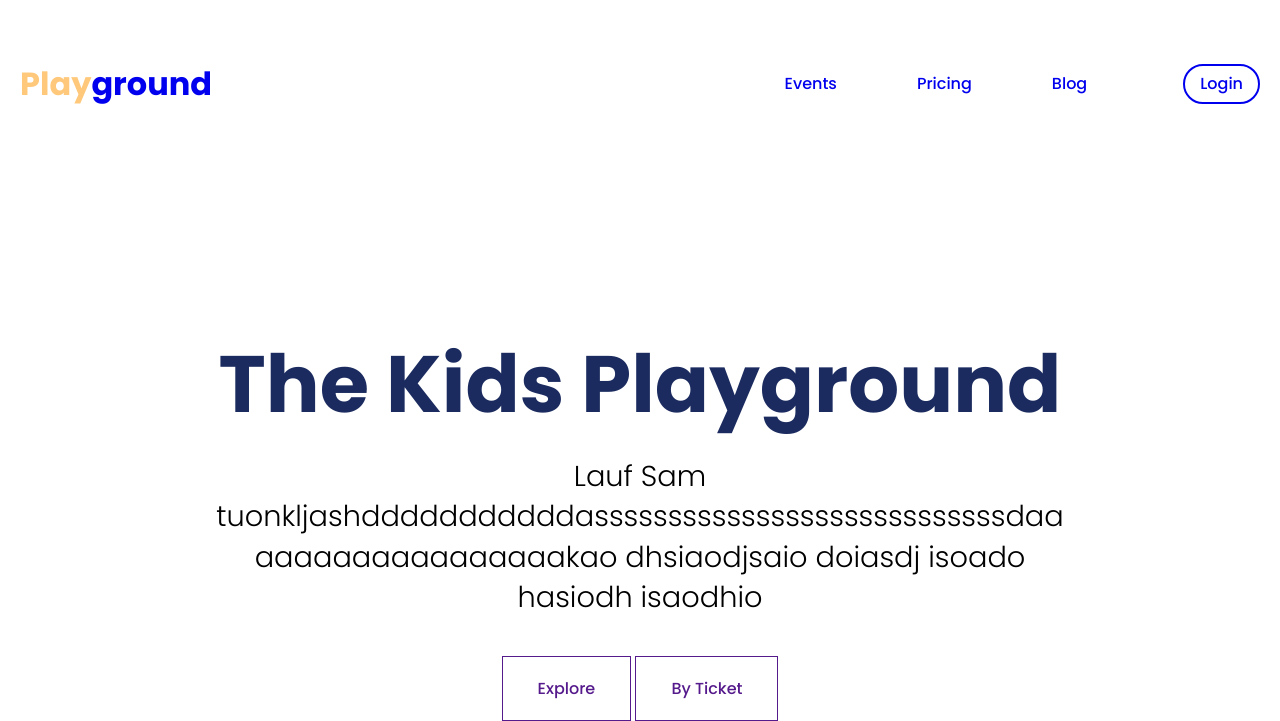
Repository: lausamtuong/Cut-psd-to-html
Page: index.html
These files come from the project's save history. The page is drawn as it stood at one moment and after a run of saves; the edit follows.
The browser window is 1280 px wide. The pictures show the whole page.
The style sheet was rebuilt from its Sass, Less or Tailwind sources for each picture, by a compiler version that may differ from the author's.

Above is the page before, as saved 2021-12-06 15:50:12.

### index.html
<!DOCTYPE html>
<html lang="en">
<head>
    <meta charset="UTF-8">
    <meta http-equiv="X-UA-Compatible" content="IE=edge">
    <meta name="viewport" content="width=device-width, initial-scale=1.0">

    <title>Document</title>
    <link rel="stylesheet" href="style.css">
    <link rel="stylesheet" href="reset.css">
    <link href="https://fonts.googleapis.com/css2?family=Lato:ital,wght@1,700;1,900&family=Poppins:wght@300;500;700&display=swap" rel="stylesheet">

</head>
<body>
    <div class="wrapper">
        <header class="header">
            <div class="container header__iner">
                <a href="index.html" class="logo">
                    <span class="logo__text">Play</span>ground
                </a>
                <nav class="header__menu">
                    <ul class="header__menu-list">
                        <li class="header__menu-item">
                            <a href="#" class="header__menu-link">Events</a>
                        </li>
                        <li class="header__menu-item">
                            <a href="#" class="header__menu-link">Pricing</a>
                        </li>
                        <li class="header__menu-item">
                            <a href="#" class="header__menu-link">Blog</a>
                        </li>
                        <li class="header__menu-item">
                            <a href="#" class="header__menu-link header__menu-login">Login</a>
                        </li>
                    </ul>
                </nav>
            </div>
        </header>
        <section class="banner">
            <div class="container">
                <h1 class="banner__headding">
                    The Kids Playground
                </h1>
                <p class="banner__decs">Lauf Sam tuonkljashdddddddddddassssssssssssssssssssssssssssdaaaaaaaaaaaaaaaaaakao dhsiaodjsaio doiasdj isoado hasiodh isaodhio</p>
                <div class="banner__buttons">
                    <a href="" class="btn">Explore</a>
                    <a href="" class="btn">By Ticket</a>
                </div>
            </div>
        </section>
    </div>
</body>
</html>

### reset.css
/* http://meyerweb.com/eric/tools/css/reset/
   v2.0 | 20110126
   License: none (public domain)
*/

html, body, div, span, applet, object, iframe,
h1, h2, h3, h4, h5, h6, p, blockquote, pre,
a, abbr, acronym, address, big, cite, code,
del, dfn, em, img, ins, kbd, q, s, samp,
small, strike, strong, sub, sup, tt, var,
b, u, i, center,
dl, dt, dd, ol, ul, li,
fieldset, form, label, legend,
table, caption, tbody, tfoot, thead, tr, th, td,
article, aside, canvas, details, embed,
figure, figcaption, footer, header, hgroup,
menu, nav, output, ruby, section, summary,
time, mark, audio, video {
	margin: 0;
	padding: 0;
	border: 0;
	font-size: 100%;
	font: inherit;
	vertical-align: baseline;
    font-family: "Poppins",sans-serif;
}
/* HTML5 display-role reset for older browsers */
article, aside, details, figcaption, figure,
footer, header, hgroup, menu, nav, section {
	display: block;
}
body {
	line-height: 1;
}
ol, ul {
	list-style: none;
}
blockquote, q {
	quotes: none;
}
blockquote:before, blockquote:after,
q:before, q:after {
	content: '';
	content: none;
}
table {
	border-collapse: collapse;
	border-spacing: 0;
}

### style.scss
$primary-color:#ffc87a;
$text-color:#1b2b5f;
a{
    text-decoration: none;
}
.container{
    padding: 0 20px;
    max-width: 1500px;

    margin: 0 auto;

}
.header{
    padding-top: 4rem;
    &__iner{
        display: flex;
        justify-content:space-between;
        align-items: center;

    }
    &__menu{
        &-list{
        display: flex;
        align-items: center;
        }
        &-item{
            margin-left: 5rem;
            &:last-child{
                margin-left: 6rem;
            }
        }
        &-link{
            font-size: 16px;
            &:hover{
                color:$primary-color;
                transition:  0.3s linear;
            }
        }
        &-login{
            padding: 10px 15px;
            display:inline-block;
            border:2px solid;
            border-radius: 100rem;
        }
    }
}
.logo{
font-size: 2rem;
font-weight: 600;
&:focus{
    color: $text-color;
}
&__text{
    color:$primary-color
}
}
.banner{
    padding-top:15rem;
    max-width: 900px;
    margin: 0 auto;
    text-align: center;
    &__headding{
        font-size: 5rem;
        color:$text-color;
        font-weight: 900;
        margin-bottom: 2rem;

    }
    &__decs{
        font-size: 1.8rem;
        font-weight: 300;
        line-height: 1.4;
        word-break: break-word;
        margin-bottom: 4rem;
    }
}
.btn{
    padding:20px 35px;
    border: 1px solid currentColor
}

After the next 6 saves:
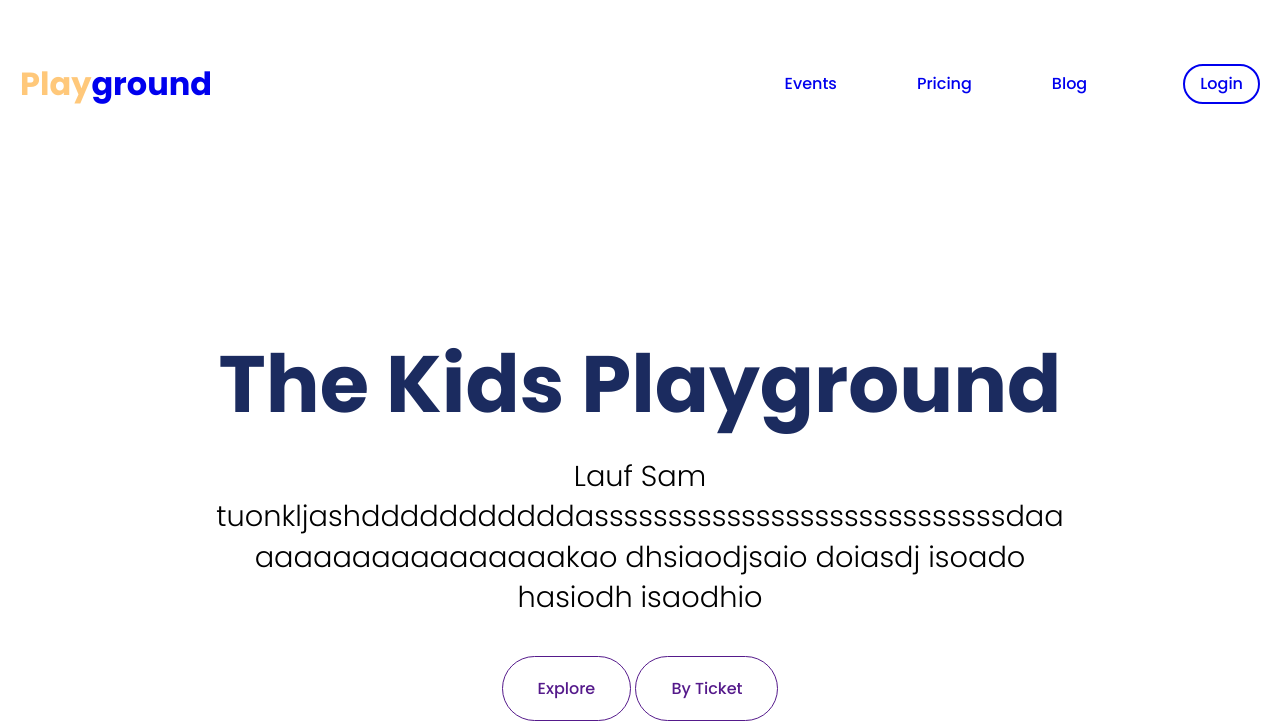
The 6 saves are shown as one change because they came seconds apart.
The last was saved 15 s later.
--- a/style.scss
+++ b/style.scss
@@ -76,5 +76,6 @@
 }
 .btn{
     padding:20px 35px;
-    border: 1px solid currentColor
+    border: 1px solid currentColor;
+    border-radius: 50px;
 }
